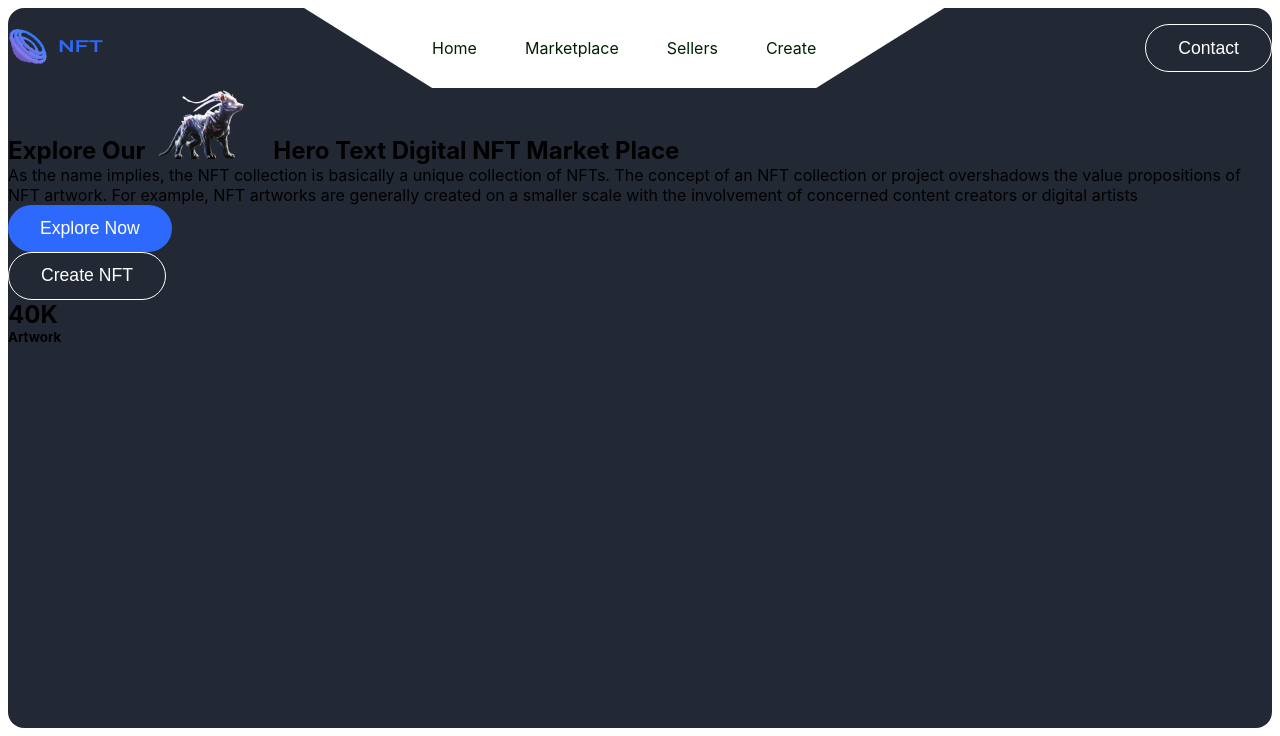
Repository: Ellisvelandia/NFT
Page: /
An editor plug-in stored every save of this project. The page is shown before and after the next save, followed by the edit.
The browser window is 1280 px wide. The pictures show the whole page.
The project was rebuilt for these pictures with package versions that can differ from the ones it lists, and the page was loaded fresh each time.

Above is the page before, as saved 2022-08-21 15:11:49.

### src/index.css
* {
  margin: 0;
  padding: 0;
  box-sizing: border-box;
}

body {
  margin: 0;
  font-family: -apple-system, BlinkMacSystemFont, "Segoe UI", "Roboto", "Oxygen",
    "Ubuntu", "Cantarell", "Fira Sans", "Droid Sans", "Helvetica Neue",
    sans-serif;
  -webkit-font-smoothing: antialiased;
  -moz-osx-font-smoothing: grayscale;
}

html {
  scroll-behavior: smooth;
}

### src/App.js
import React from 'react'
import Home from './components/Home'

export default function App() {
  return (
    <div>
      <Home/>
    </div>
  )
}

### src/components/Home.jsx
import React from "react";
import Navbar from "./Navbar";
import styled from "styled-components";
import hero from "../assets/hero.png";
import heroText from "../assets/heroText.png";
import Button from "./Button";

export default function Home() {
  return (
    <Section>
      <Navbar />
      <div className="ellipse"></div>
      <div className="container">
        <div className="content">
          <h1>
            Explore Our
            <span>
              <img src={heroText} alt="hero text" />
            </span>
            Hero Text Digital NFT Market Place
          </h1>
          <p>
            As the name implies, the NFT collection is basically a unique
            collection of NFTs. The concept of an NFT collection or project
            overshadows the value propositions of NFT artwork. For example, NFT
            artworks are generally created on a smaller scale with the
            involvement of concerned content creators or digital artists
          </p>
          <div className="buttons">
            <Button blue text="Explore Now" />
            <Button text="Create NFT" />
          </div>
          <div className="data">
            <div className="dataTab">
              <h2>40K</h2>
              <h5>Artwork</h5>
            </div>
          </div>
        </div>
      </div>
    </Section>
  );
}

const Section = styled.section`
  margin: 0.5rem;
  background-color: #232835;
  border-radius: 1rem;
  height: 100vh;
`;

### src/components/Navbar.jsx
import React from "react";
import styled from "styled-components";
import logo from "../assets/logo.png";
import Button from "./Button";

export default function Navbar() {
  return (
    <Nav>
      <div className="brand">
        <img src={logo} alt="logo" />
      </div>
      <div className="toggle"></div>
      <div className="links">
        <ul>
          <li>
            <a href="#">Home</a>
          </li>
          <li>
            <a href="#">Marketplace</a>
          </li>
          <li>
            <a href="#">Sellers</a>
          </li>
          <li>
            <a href="#">Create</a>
          </li>
        </ul>
      </div>
      <Button text="Contact" />
    </Nav>
  );
}

const Nav = styled.nav`
  display: flex;
  justify-content: space-between;
  align-items: center;
  margin: 0 2 rem;
  .toggle {
    display: none;
  }
  .links {
    height: 4rem;
    display: flex;
    justify-conetent: center;
    align-items: center;
    background-color: white;
    clip-path: polygon(0 0, 100% 0, 80% 100%, 20% 100%);
    padding: 2.5rem 8rem;
    ul {
      display: flex;
      list-style-type: none;
      gap: 3rem;
      li {
        a {
          color:#002000;
          text-decoration:none;
          transition:0.4s ease-in-out;
          &:hover {
            color:#2d69fd;
          }
        }
      }
    }
  }
`;

### src/components/Button.jsx
import React from "react";
import styled from "styled-components";

export default function Button({ text, blue = false }) {
  return (
    <Div>
      <button className={`${blue ? "blue" : ""}`}>{text}</button>
    </Div>
  );
}

const Div = styled.div`
  button {
    border-radius: 4rem;
    padding: 0.8rem 2rem;
    border: none;
    color: white;
    font-size: 1.1rem;
    cursor: pointer;
    :not(.blue) {
      background-color: transparent;
      border: 1px solid white;
    }
  }
  .blue {
    background-color: #2d69fd;
  }
`;

Loaded but not shown: public/index.html (common file); src/index.js (common file)

After the next save:
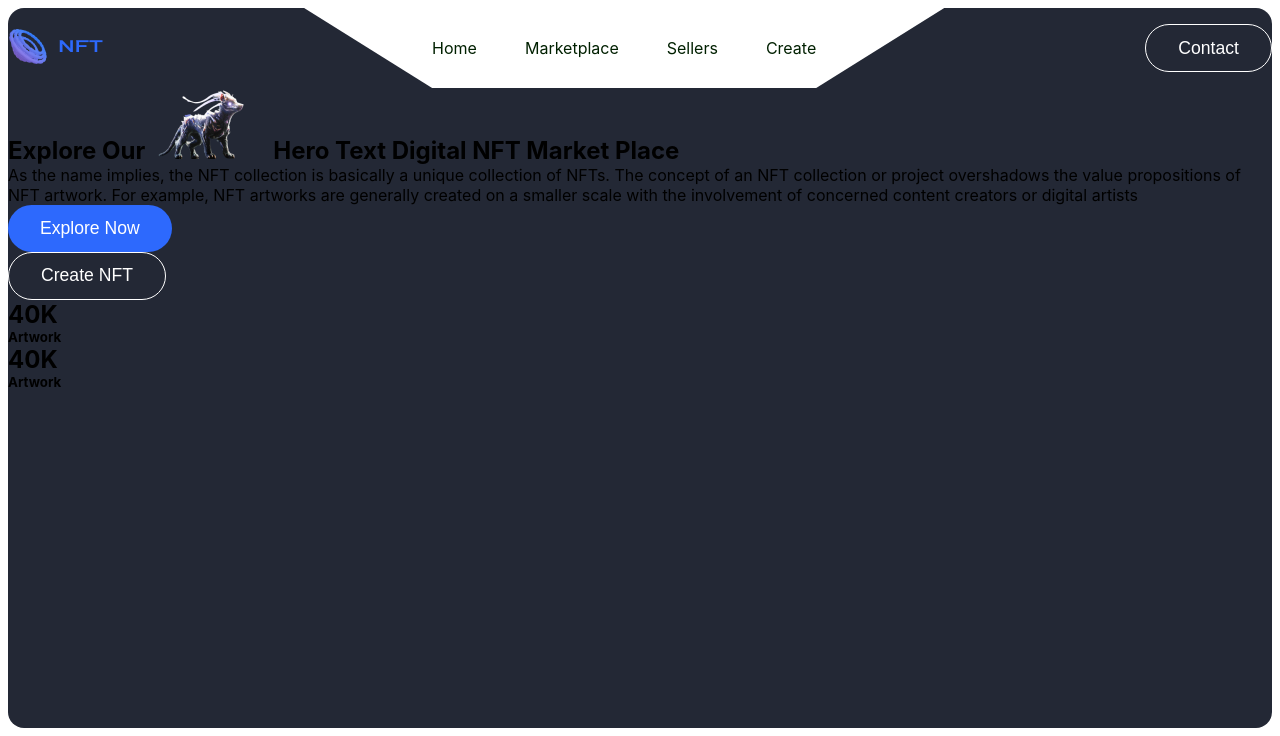
Saved 13 s later.
--- a/src/components/Home.jsx
+++ b/src/components/Home.jsx
@@ -35,6 +35,10 @@
               <h2>40K</h2>
               <h5>Artwork</h5>
             </div>
+            <div className="dataTab">
+              <h2>40K</h2>
+              <h5>Artwork</h5>
+            </div>
           </div>
         </div>
       </div>
